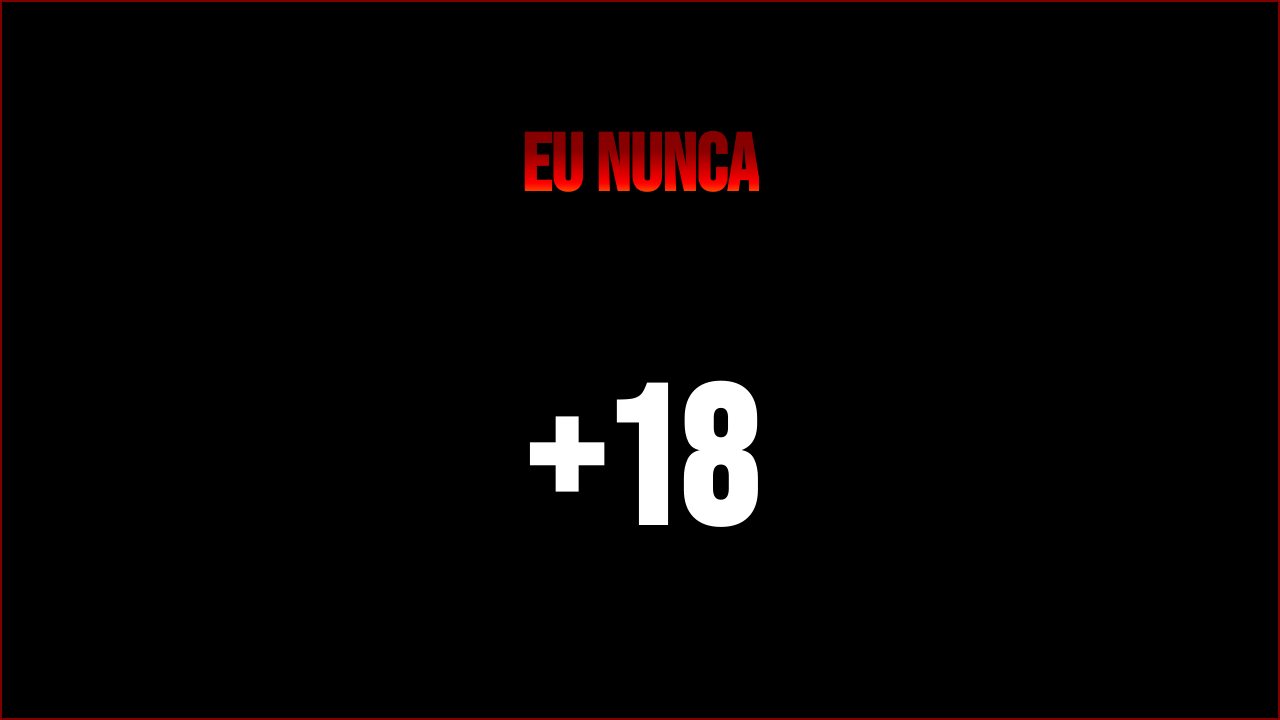
Repository: odiloalmeida/inever
Page: index.html
The author's editor kept a copy of each file at every save. The page is drawn from the files as they stood at one save, then again after the next save.
The browser window is 1280 px wide. The pictures show the whole page.

Above is the page before, as saved 2023-02-04 13:41:28.

After the next save:
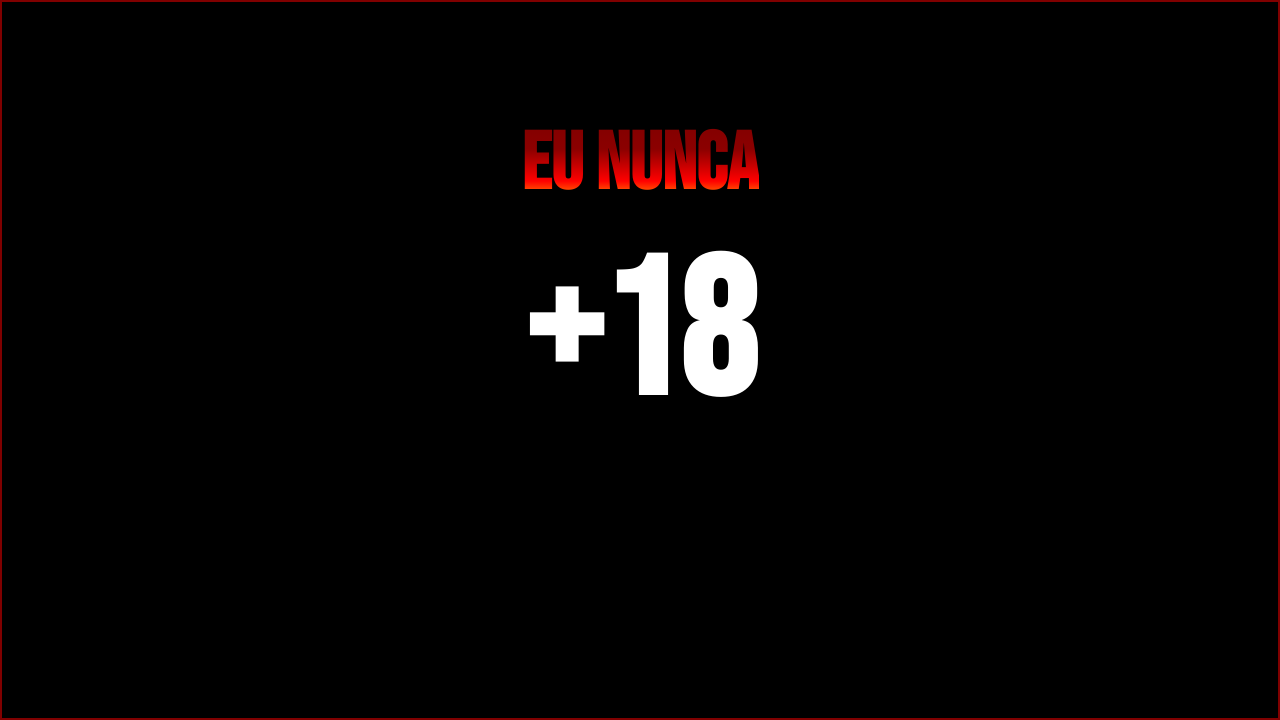
Saved 26 min 29 s later.
--- a/style.css
+++ b/style.css
@@ -46,6 +46,7 @@ button {
     font-size: 2.5rem;
     padding: 5px;
     color: #f1f1f1;
+    margin-bottom: 20%;
 }
 
 button span {
